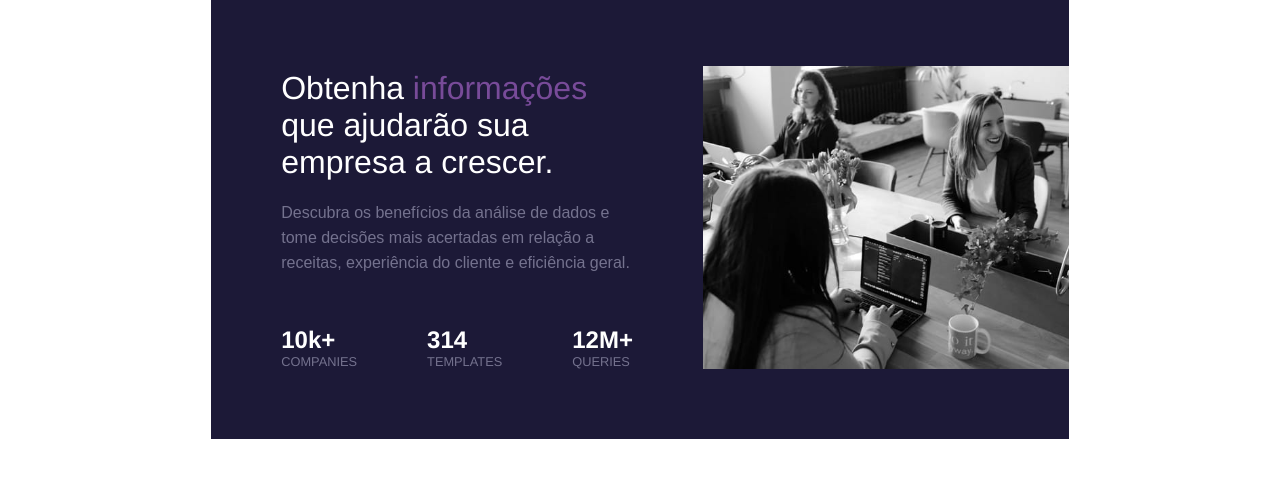
Repository: caique2512/componentes-de-estatisticas
Page: index.html
The author's editor kept a copy of each file at every save. The page is drawn from the files as they stood at one save, then again after the next save.
The browser window is 1280 px wide. The pictures show the whole page.

Above is the page before, as saved 2026-03-03 17:45:14.

### index.html
<!DOCTYPE html>
<html lang="pt-br">
<head>
    <meta charset="UTF-8">
    <meta name="viewport" content="width=device-width, initial-scale=1.0">
    <title>Estatisticas</title>
    <link rel="stylesheet" href="src/reset.css">
    <link rel="stylesheet" href="src/estilos.css">
</head>
<body>
    <main class="conteudo">
        <div class="conteudo-principal">
            <h1 class="titulo">Obtenha <span>informações</span> que ajudarão sua empresa a crescer.</h1>
            <p class="subtitulo">Descubra os benefícios da análise de dados e tome decisões mais acertadas em relação a receitas, experiência do cliente e eficiência geral.</p>
            <ul class="estatisticas">
                <ul class="item1">
                    <li class="descricao">10k+</li>
                    <li>COMPANIES</li>
                </ul>
                <ul class="item2">
                    <li class="descricao">314</li>
                    <li>TEMPLATES</li>
                </ul>
                <ul class="item3">
                    <li class="descricao">12M+</li>
                    <li>QUERIES</li>
                </ul>
            </ul>
        </div>
        <picture class="img">
            <img src="./images/image-header-desktop.jpg" alt="Mulheres no escritório">
        </picture>
    </main>
</body>
</html>

### src/estilos.css
.conteudo {
    background-color: #1C1937;
    display: flex;
    max-width: calc(100% - 33%);
    margin: 0 auto;
    align-items: center;
}

.conteudo-principal {
    padding: 70px;
    width: 500px;
}

.conteudo-principal .titulo {
    color: white;
    font-weight: 100;
    font-family: 'Franklin Gothic Medium', 'Arial Narrow', Arial, sans-serif;
    margin-bottom: 20px;
}

.conteudo-principal .titulo span {
    color: #784B99;
}

.conteudo-principal .subtitulo {
    color: #74728e;
    font-family: Arial, Helvetica, sans-serif;
    line-height: 1.56rem;
}

.conteudo-principal .estatisticas {
    display: flex;
    gap: 70px;
    margin-top: 50px;
}

.conteudo-principal .estatisticas .descricao {
    color: white;
    list-style: none;
    font-size: 1.5rem;
    font-weight: 600;
    font-family: 'Franklin Gothic Medium', 'Arial Narrow', Arial, sans-serif;
}

.conteudo-principal .estatisticas li {
    color: #74728e;
    font-family: 'Franklin Gothic Medium', 'Arial Narrow', Arial, sans-serif;
    font-size: 0.8rem;
    list-style: none;
}

.conteudo .img img {
    width: 100%;
    height: 100%;
    margin: 0;
}

Loaded but not shown: src/reset.css (common file)

After the next save:
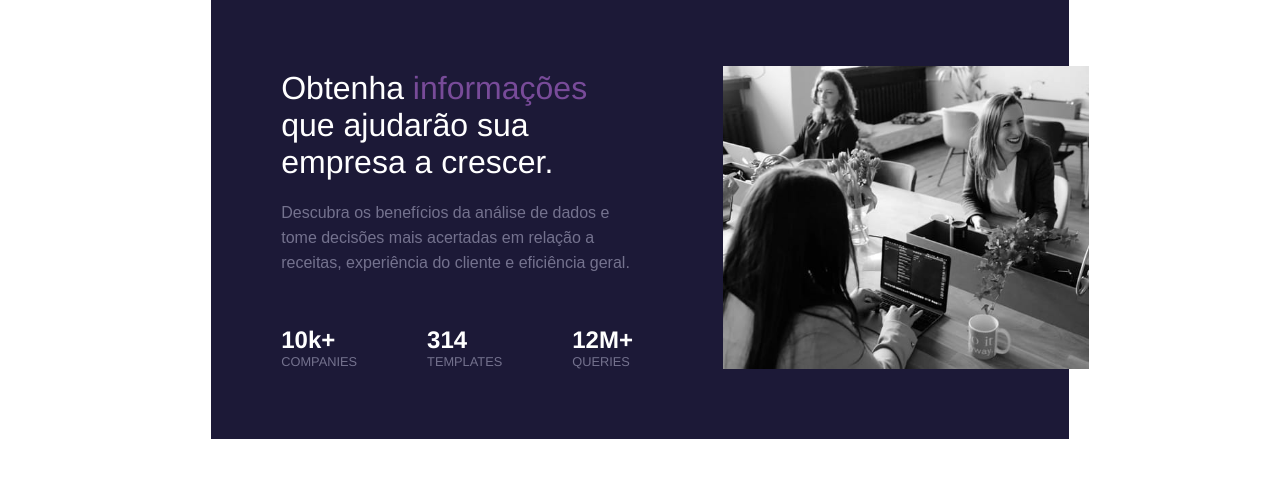
Saved 9 s later.
--- a/src/estilos.css
+++ b/src/estilos.css
@@ -52,5 +52,5 @@
 .conteudo .img img {
     width: 100%;
     height: 100%;
-    margin: 0;
+    margin: 20px;
 }

After the save that followed:
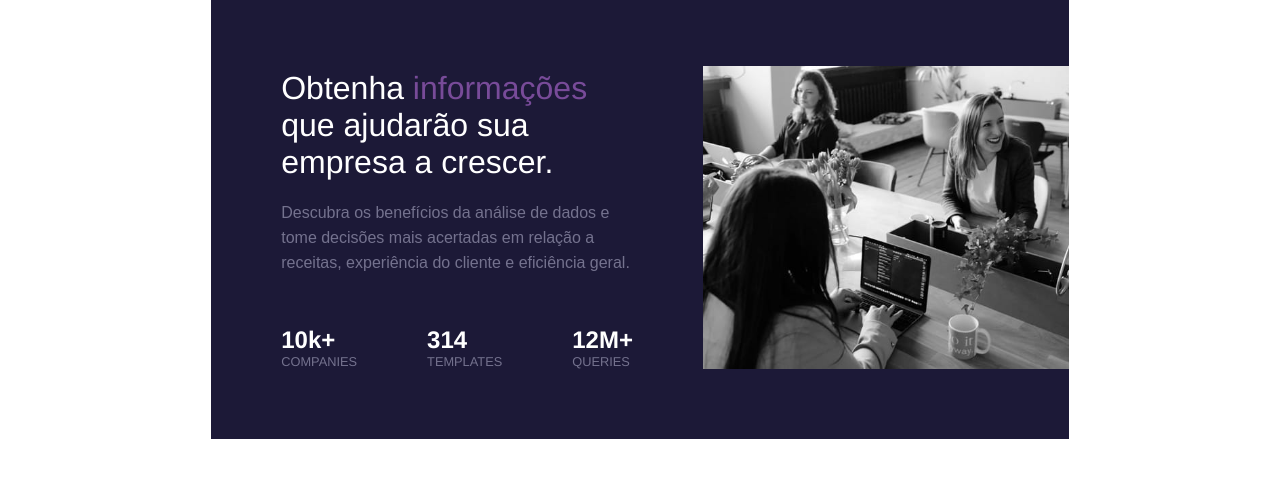
Saved 17 s later.
--- a/src/estilos.css
+++ b/src/estilos.css
@@ -52,5 +52,4 @@
 .conteudo .img img {
     width: 100%;
     height: 100%;
-    margin: 20px;
 }
